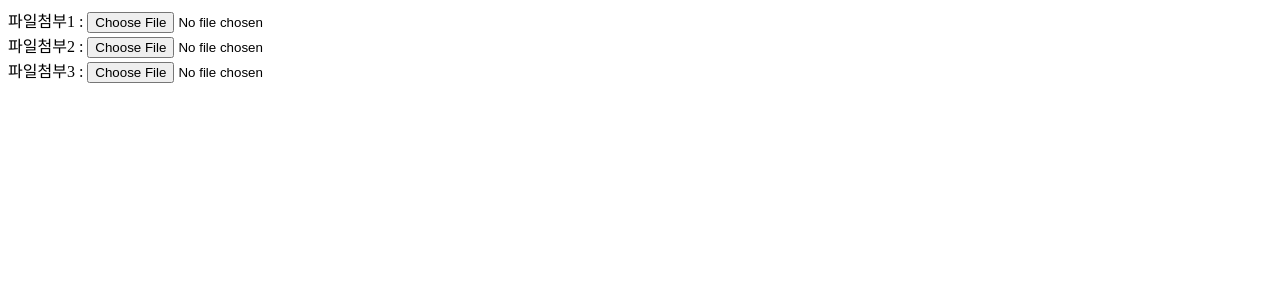
Repository: kimkeng/BackendClass
Page: web/src/main/webapp/file1.html
These files come from the project's save history. The page is drawn as it stood at one moment and after the next save; the edit follows.
The browser window is 1280 px wide. The pictures show the whole page.

Above is the page before, as saved 2023-08-16 09:10:51.

### web/src/main/webapp/file1.html
<!DOCTYPE html>
<html>
<head>
<meta charset="UTF-8">
<title>파일업로드</title>
</head>
<body>
파일첨부1 : <input type="file"> <br>
파일첨부2 : <input type="file" accept="image/*"> <br>
파일첨부3 : <input type="file" accept="video/*"> <br>
</body>
</html>

After the next save:
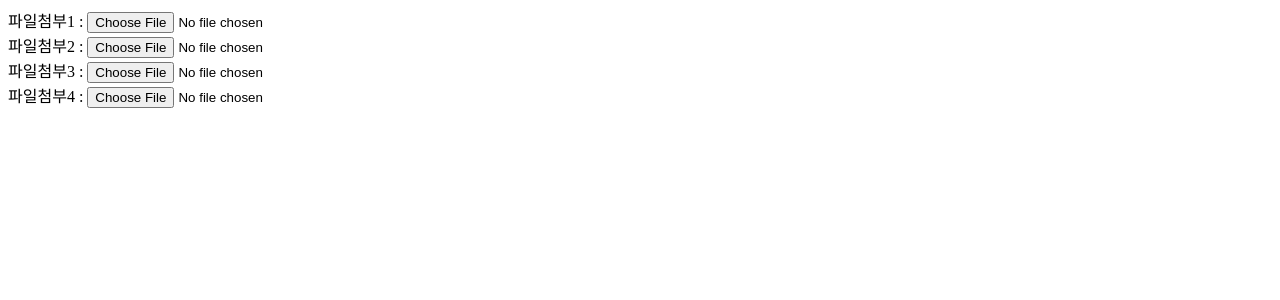
Saved 53 s later.
--- a/web/src/main/webapp/file1.html
+++ b/web/src/main/webapp/file1.html
@@ -8,5 +8,6 @@
 파일첨부1 : <input type="file"> <br>
 파일첨부2 : <input type="file" accept="image/*"> <br>
 파일첨부3 : <input type="file" accept="video/*"> <br>
+파일첨부4 : <input type="file" accept=".gif, .jpg, .png"> <br>
 </body>
 </html>
